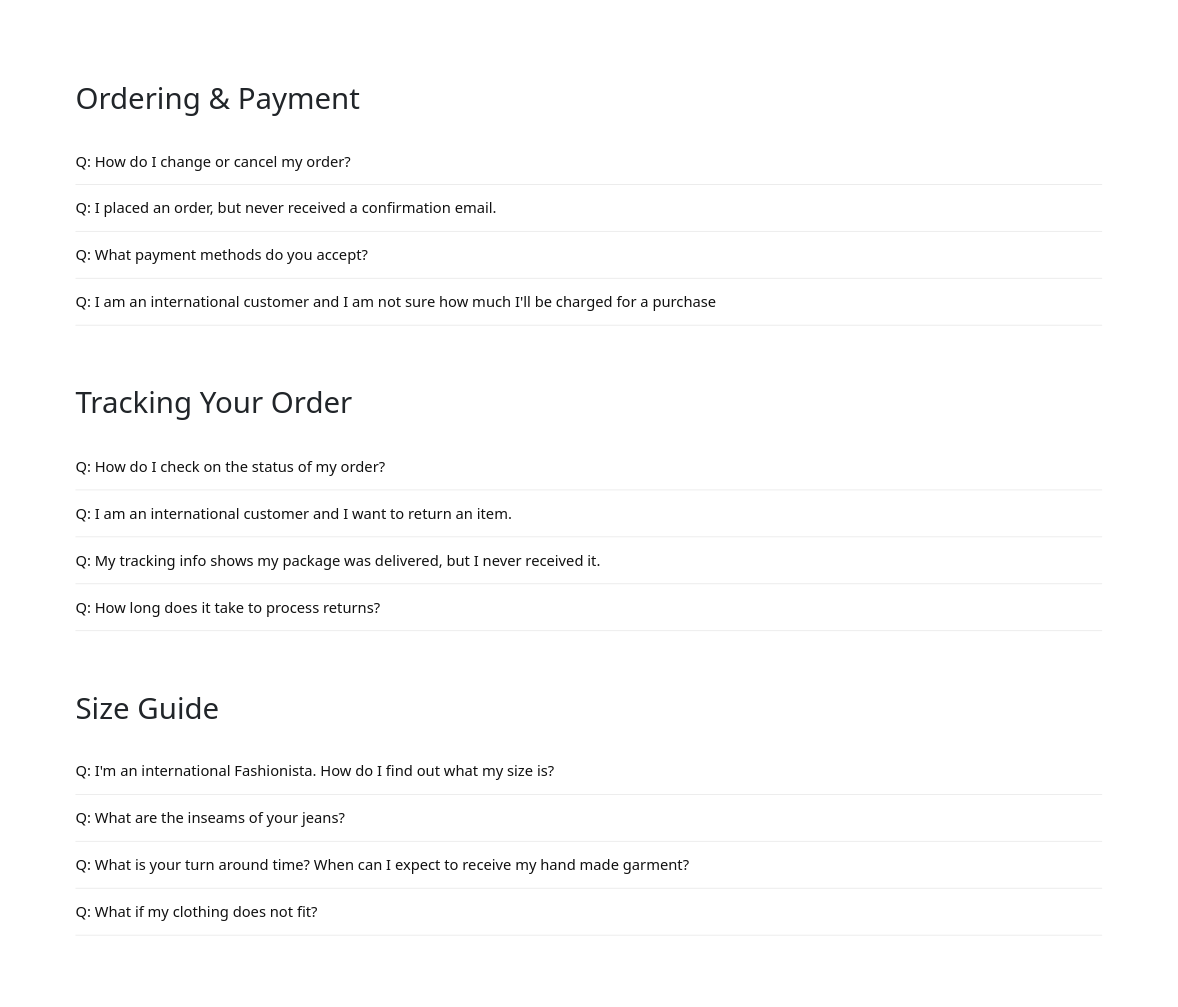
Repository: ST-United-Internship/Modaz-4life
Page: FaQ/FAQ.html
An editor plug-in stored every save of this project. The page is shown before and after the next save, followed by the edit.
The browser window is 1280 px wide. The pictures show the whole page, at 92% of full size.

Above is the page before, as saved 2023-03-22 16:20:10.

### FaQ/FAQ.html
<!DOCTYPE html>
<html lang="en">
<head>
    <meta charset="UTF-8">
    <meta http-equiv="X-UA-Compatible" content="IE=edge">
    <meta name="viewport" content="width=device-width, initial-scale=1.0">
    <link rel="stylesheet" type="text/css" href="FAQ.css" >
    <link href="https://cdn.jsdelivr.net/npm/bootstrap@5.3.0-alpha1/dist/css/bootstrap.min.css" rel="stylesheet" integrity="sha384-GLhlTQ8iRABdZLl6O3oVMWSktQOp6b7In1Zl3/Jr59b6EGGoI1aFkw7cmDA6j6gD" crossorigin="anonymous">
    <title>Document</title>
</head>
<body class="bodi header_sticky header-style-2 has-menu-extra">
   <!-- <div class="boxed">
    <div class="title-page textImg textImg1" style="background-position: 50% 89px;">
        <div class="container">
            <div class="row">
                <div class="col-md-12">
                    <div class="heading-page">
                    <h1 class="title">FAQ</h1>
                    </div>
                    <div class="breadcrumbs">
                    <ul>
                    <li><a href="index.html">Home</a></li>
                    <li><a href="coming-soon.html">Page</a></li>
                    <li><a href="faqs.html">Faq</a></li>
                    </ul>
                    </div>
                    </div>
            </div>
        </div>
    </div>
   </div>

</div> -->
    <div class="boxed">
        <section class="text-row">
            <div class="container">
                <div class="row">
                    <div class="col-md-12">
                        <div class="over-title">
                            <h2>Ordering & Payment</h2>
                        </div>
                        <div class="over-rise">
                            <div class="over-toggle">
                                <div class="toggle-title">Q: How do I change or cancel my order?</div>
                                <div class="toggle-text">
                                    <p>
                                    We’re super quick at processing orders to make sure that you receive them as soon as possible. You can change your order as much as you like before you click “Check- out” but after this point you will be unable to make changes to your order. Keep in mind our system is designed to fulfill orders as quickly as possible. We cannot cancel or change an order once it has been placed. In such case you can however, return the item to us in accordance with our Returns Policy. If we sent out your package and your items are returned to us (Packages marked "Return to Sender") due to an incorrect/undeliverable address, we will issue a store credit for the net total minus the shipping fee. You will be held responsible for the initial cost of shipping the package.
                                    </p>
                                    </div>
                            </div>
                            <div class="over-toggle">
                                <div class="toggle-title ">Q: I placed an order, but never received a confirmation email.</div>
                                <div class="toggle-text" style="display: block;">
                                    <p>
                                        We’re super quick at processing orders to make sure that you receive them as soon as possible. You can change your order as much as you like before you click “Check- out” but after this point you will be unable to make changes to your order. Keep in mind our system is designed to fulfill orders as quickly as possible. We cannot cancel or change an order once it has been placed. In such case you can however, return the item to us in accordance with our Returns Policy. If we sent out your package and your items are returned to us (Packages marked "Return to Sender") due to an incorrect/undeliverable address, we will issue a store credit for the net total minus the shipping fee. You will be held responsible for the initial cost of shipping the package.
                                    </p>
                                </div>
                            </div>
                            <div class="over-toggle">
                                <div class="toggle-title">Q: What payment methods do you accept?</div>
                                <div class="toggle-text" style="display: block;">
                                    <p>
                                        We’re super quick at processing orders to make sure that you receive them as soon as possible. You can change your order as much as you like before you click “Check- out” but after this point you will be unable to make changes to your order. Keep in mind our system is designed to fulfill orders as quickly as possible. We cannot cancel or change an order once it has been placed. In such case you can however, return the item to us in accordance with our Returns Policy. If we sent out your package and your items are returned to us (Packages marked "Return to Sender") due to an incorrect/undeliverable address, we will issue a store credit for the net total minus the shipping fee. You will be held responsible for the initial cost of shipping the package.
                                    </p>
                                </div>
                            </div>
                            <div class="over-toggle">
                                <div class="toggle-title ">Q: I am an international customer and I am not sure how much I'll be charged for a purchase</div>
                                <div class="toggle-text" style="display: block;">
                                    <p>
                                        We’re super quick at processing orders to make sure that you receive them as soon as possible. You can change your order as much as you like before you click “Check- out” but after this point you will be unable to make changes to your order. Keep in mind our system is designed to fulfill orders as quickly as possible. We cannot cancel or change an order once it has been placed. In such case you can however, return the item to us in accordance with our Returns Policy. If we sent out your package and your items are returned to us (Packages marked "Return to Sender") due to an incorrect/undeliverable address, we will issue a store credit for the net total minus the shipping fee. You will be held responsible for the initial cost of shipping the package.
                                    </p>
                                </div>
                            </div>
                        </div>
                    </div>
                </div>
                <div class="loaded"></div>
                <div class="row">
                    <div class="col-md-12">
                        <div class="over-title">
                            <h2>Tracking Your Order</h2>
                        </div>
                        <div class="over-rise">
                            <div class="over-toggle">
                                <div class="toggle-title ">Q: How do I check on the status of my order?</div>
                                <div class="toggle-text" style="display: block;">
                                    <p>
                                        We’re super quick at processing orders to make sure that you receive them as soon as possible. You can change your order as much as you like before you click “Check- out” but after this point you will be unable to make changes to your order. Keep in mind our system is designed to fulfill orders as quickly as possible. We cannot cancel or change an order once it has been placed. In such case you can however, return the item to us in accordance with our Returns Policy. If we sent out your package and your items are returned to us (Packages marked "Return to Sender") due to an incorrect/undeliverable address, we will issue a store credit for the net total minus the shipping fee. You will be held responsible for the initial cost of shipping the package.
                                    </p>
                                </div>
                            </div>
                            <div class="over-toggle">
                                <div class="toggle-title ">Q: I am an international customer and I want to return an item.</div>
                                <div class="toggle-text" style="display: block;">
                                    <p>
                                        We’re super quick at processing orders to make sure that you receive them as soon as possible. You can change your order as much as you like before you click “Check- out” but after this point you will be unable to make changes to your order. Keep in mind our system is designed to fulfill orders as quickly as possible. We cannot cancel or change an order once it has been placed. In such case you can however, return the item to us in accordance with our Returns Policy. If we sent out your package and your items are returned to us (Packages marked "Return to Sender") due to an incorrect/undeliverable address, we will issue a store credit for the net total minus the shipping fee. You will be held responsible for the initial cost of shipping the package.
                                    </p>
                                </div>
                            </div>
                            <div class="over-toggle">
                                <div class="toggle-title ">Q: My tracking info shows my package was delivered, but I never received it.</div>
                                <div class="toggle-text" style="display: block;">
                                    <p>
                                        We’re super quick at processing orders to make sure that you receive them as soon as possible. You can change your order as much as you like before you click “Check- out” but after this point you will be unable to make changes to your order. Keep in mind our system is designed to fulfill orders as quickly as possible. We cannot cancel or change an order once it has been placed. In such case you can however, return the item to us in accordance with our Returns Policy. If we sent out your package and your items are returned to us (Packages marked "Return to Sender") due to an incorrect/undeliverable address, we will issue a store credit for the net total minus the shipping fee. You will be held responsible for the initial cost of shipping the package.
                                    </p>
                                </div>
                            </div>
                            <div class="over-toggle">
                                <div class="toggle-title ">Q: How long does it take to process returns?</div>
                                <div class="toggle-text" style="display: block;">
                                    <p>
                                        We’re super quick at processing orders to make sure that you receive them as soon as possible. You can change your order as much as you like before you click “Check- out” but after this point you will be unable to make changes to your order. Keep in mind our system is designed to fulfill orders as quickly as possible. We cannot cancel or change an order once it has been placed. In such case you can however, return the item to us in accordance with our Returns Policy. If we sent out your package and your items are returned to us (Packages marked "Return to Sender") due to an incorrect/undeliverable address, we will issue a store credit for the net total minus the shipping fee. You will be held responsible for the initial cost of shipping the package.
                                    </p>
                                </div>
                            </div>
                        </div>
                    </div>
                </div>
                <div class="loaded"></div>
                <div class="row">
                    <div class="col-md-12">
                        <div class="over-title">
                            <h2>Size Guide</h2>
                        </div>
                        <div class="over-rise">
                            <div class="over-toggle">
                                <div class="toggle-title">Q: I'm an international Fashionista. How do I find out what my size is?</div>
                                <div class="toggle-text" style="display: block;">
                                    <p>
                                        We’re super quick at processing orders to make sure that you receive them as soon as possible. You can change your order as much as you like before you click “Check- out” but after this point you will be unable to make changes to your order. Keep in mind our system is designed to fulfill orders as quickly as possible. We cannot cancel or change an order once it has been placed. In such case you can however, return the item to us in accordance with our Returns Policy. If we sent out your package and your items are returned to us (Packages marked "Return to Sender") due to an incorrect/undeliverable address, we will issue a store credit for the net total minus the shipping fee. You will be held responsible for the initial cost of shipping the package.
                                    </p>
                                </div>
                            </div>
                            <div class="over-toggle">
                                <div class="toggle-title ">Q: What are the inseams of your jeans?</div>
                                <div class="toggle-text" style="display: block;">
                                    <p>
                                        We’re super quick at processing orders to make sure that you receive them as soon as possible. You can change your order as much as you like before you click “Check- out” but after this point you will be unable to make changes to your order. Keep in mind our system is designed to fulfill orders as quickly as possible. We cannot cancel or change an order once it has been placed. In such case you can however, return the item to us in accordance with our Returns Policy. If we sent out your package and your items are returned to us (Packages marked "Return to Sender") due to an incorrect/undeliverable address, we will issue a store credit for the net total minus the shipping fee. You will be held responsible for the initial cost of shipping the package.
                                    </p>
                                </div>
                            </div>
                            <div class="over-toggle">
                                <div class="toggle-title ">Q: What is your turn around time? When can I expect to receive my hand made garment?</div>
                                <div class="toggle-text" style="display: block;">
                                    <p>
                                        We’re super quick at processing orders to make sure that you receive them as soon as possible. You can change your order as much as you like before you click “Check- out” but after this point you will be unable to make changes to your order. Keep in mind our system is designed to fulfill orders as quickly as possible. We cannot cancel or change an order once it has been placed. In such case you can however, return the item to us in accordance with our Returns Policy. If we sent out your package and your items are returned to us (Packages marked "Return to Sender") due to an incorrect/undeliverable address, we will issue a store credit for the net total minus the shipping fee. You will be held responsible for the initial cost of shipping the package.
                                    </p>
                                </div>
                            </div>
                            <div class="over-toggle">
                                <div class="toggle-title ">Q: What if my clothing does not fit?</div>
                                <div class="toggle-text" style="display: block;">
                                    <p>
                                        We’re super quick at processing orders to make sure that you receive them as soon as possible. You can change your order as much as you like before you click “Check- out” but after this point you will be unable to make changes to your order. Keep in mind our system is designed to fulfill orders as quickly as possible. We cannot cancel or change an order once it has been placed. In such case you can however, return the item to us in accordance with our Returns Policy. If we sent out your package and your items are returned to us (Packages marked "Return to Sender") due to an incorrect/undeliverable address, we will issue a store credit for the net total minus the shipping fee. You will be held responsible for the initial cost of shipping the package.
                                    </p>
                                </div>
                            </div>
                        </div>
                    </div>
                </div>
            </div>
        </section>
    </div>
  <script src="https://cdn.jsdelivr.net/npm/@popperjs/core@2.11.6/dist/umd/popper.min.js" integrity="sha384-oBqDVmMz9ATKxIep9tiCxS/Z9fNfEXiDAYTujMAeBAsjFuCZSmKbSSUnQlmh/jp3" crossorigin="anonymous"></script>
<script src="https://cdn.jsdelivr.net/npm/bootstrap@5.3.0-alpha1/dist/js/bootstrap.min.js" integrity="sha384-mQ93GR66B00ZXjt0YO5KlohRA5SY2XofN4zfuZxLkoj1gXtW8ANNCe9d5Y3eG5eD" crossorigin="anonymous"></script>

<!--javaScript-->
<script
  src="https://code.jquery.com/jquery-1.12.4.js"
  integrity="sha256-Qw82+bXyGq6MydymqBxNPYTaUXXq7c8v3CwiYwLLNXU="
  crossorigin="anonymous"></script>
<!-- <script src="javascript/main.js"></script> -->
<script>
    (function($) {
    var flatAccordion = function() {
      var speed= {duration: 500};
      $('.toggle-text').hide();
      $('.over-rise .toggle-title.active').siblings('.toggle-text').show();

      $('.over-rise .toggle-title').on('click', function(){
        if(!$(this).is('.active')) {
          $(this).closest('.over-rise').find('.toggle-title.active').toggleClass('active').next().slideToggle(speed);
          $(this).toggleClass('active');
          $(this).next().slideToggle(speed);
        }else {
          $(this).toggleClass('active');
          $(this).next().slideToggle(speed);
        }
      });
    };
	$(function() {
      flatAccordion();
   	});
})(jQuery);
</script>



</body>

</html>

### FaQ/FAQ.css

@import "https://fonts.googleapis.com/css?family=Poppins:100,100i,200,200i,300,300i,400,500,600,700|";
 body{
    font: 14px/26px "Poppins",sans-serif;
    font-weight: 300;
    background-color: #fff;
    color: #6e6e6e;
 }
.boxed{
    overflow: hidden;
    position: relative;
}
.text-row{
    clear: both;
    display: block;
    position: relative;
    padding: 87px 0 63px 0;
    overflow: hidden;
}

.container{
    position: relative;
    margin: 0 auto;
}

.loaded{
    clear: both;
    display: block;
    height: 49px;
}

.over-title{
    margin-bottom: 40px;
}

h2{
    font-size: 24px;
    line-height: 30px;
    color: #252525;
}

.over-rise .over-toggle{
    margin-bottom: 15px;
}

.over-rise .over-toggle .toggle-title{
    font-size: 16px;
    line-height: 20px;
    font-weight: 400;
    color: #111;
    border-bottom: 1px solid #ebebeb;
    padding-bottom: 15px;
    margin-bottom: 11px;
    cursor: pointer;
}

.over-rise .over-toggle .toggle-text{
    border-bottom: 1px solid #ebebeb;
    padding-bottom: 14px;
}

.over-rise .over-toggle .toggle-text p{
    line-height: 24px;
    margin-bottom: 25px;
    font-size: 14px;
    filter: contrast(1%);
}

After the next save:
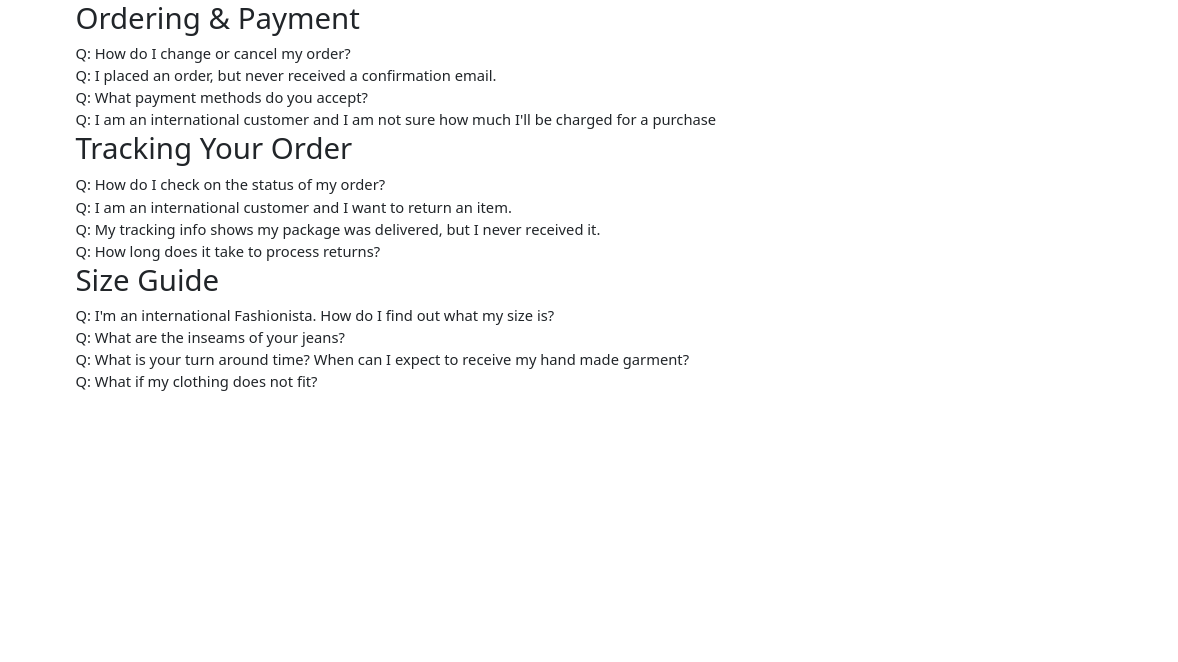
Saved 21 s later.
--- a/FaQ/FAQ.css
+++ b/FaQ/FAQ.css
@@ -1,5 +1,11 @@
 
 @import "https://fonts.googleapis.com/css?family=Poppins:100,100i,200,200i,300,300i,400,500,600,700|";
+@font-face {
+    font-family: 'Poppins';
+    font-style: italic;
+    font-weight: 100;
+    src: url(https://fonts.gstatic.com/s/poppins/v20/pxiAyp8kv8JHgFVrJJLmE0tMMPKzSQ.woff2) format('woff2');
+
  body{
     font: 14px/26px "Poppins",sans-serif;
     font-weight: 300;

After the save that followed:
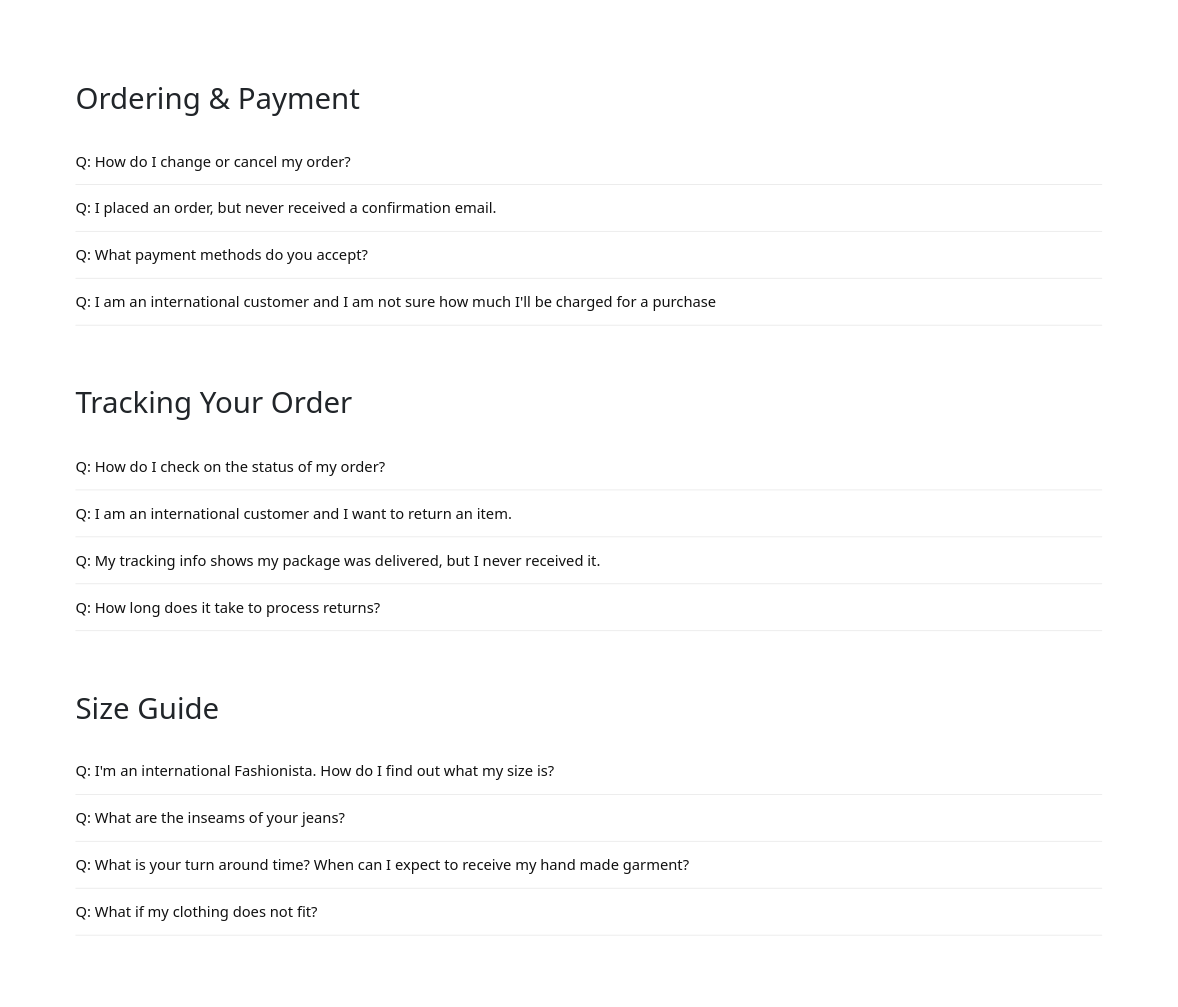
Saved 10 s later.
--- a/FaQ/FAQ.css
+++ b/FaQ/FAQ.css
@@ -5,7 +5,7 @@
     font-style: italic;
     font-weight: 100;
     src: url(https://fonts.gstatic.com/s/poppins/v20/pxiAyp8kv8JHgFVrJJLmE0tMMPKzSQ.woff2) format('woff2');
-
+}
  body{
     font: 14px/26px "Poppins",sans-serif;
     font-weight: 300;
